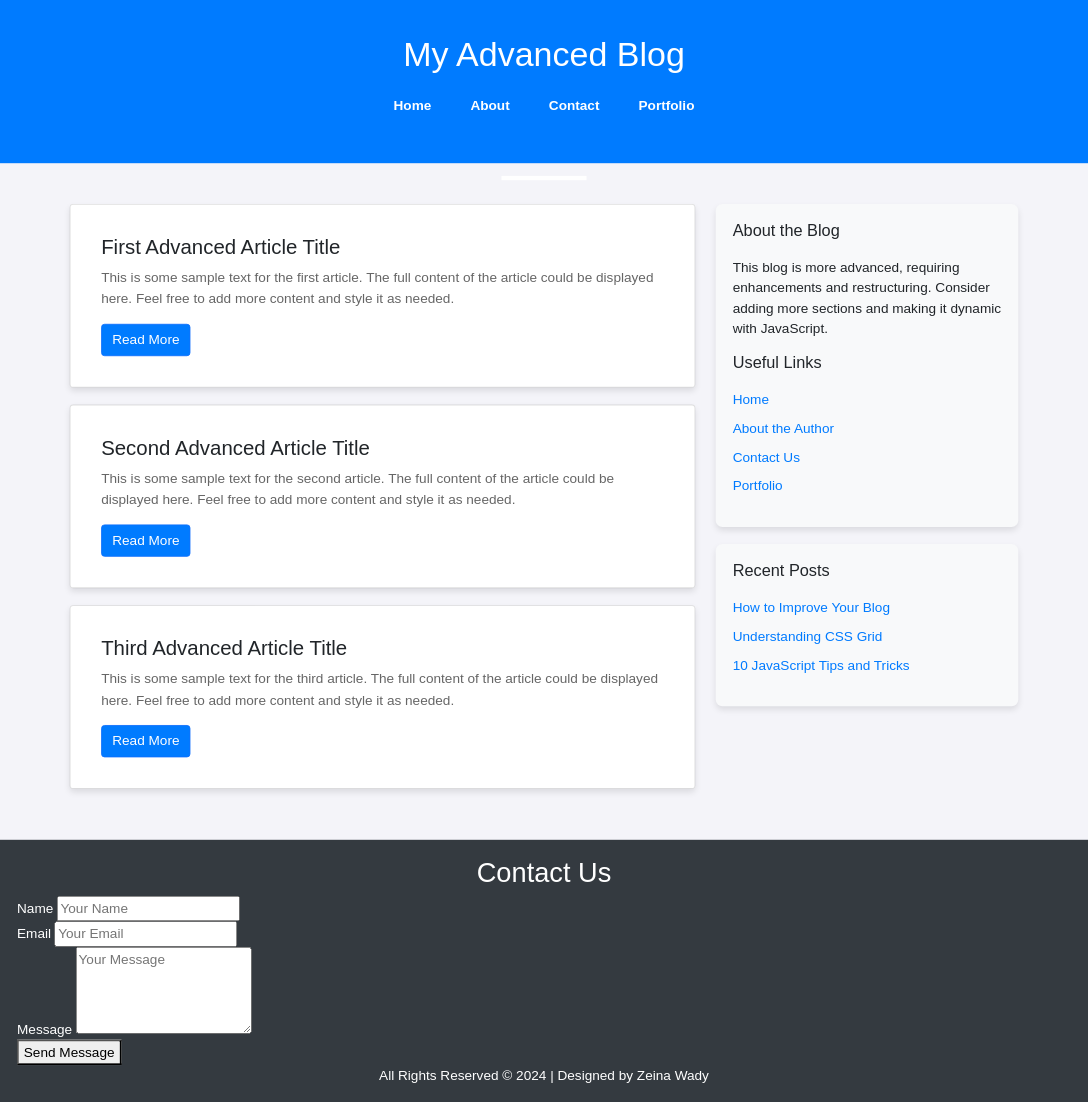
Repository: zeinawady/Blog-Code-Refactoring
Page: index.html
An editor plug-in stored every save of this project. The page is shown before and after the next save, followed by the edit.
The browser window is 1280 px wide. The pictures show the whole page, at 85% of full size.
Some web libraries are served in a nearby version.

Above is the page before, as saved 2024-09-23 16:01:38.

After the next save:
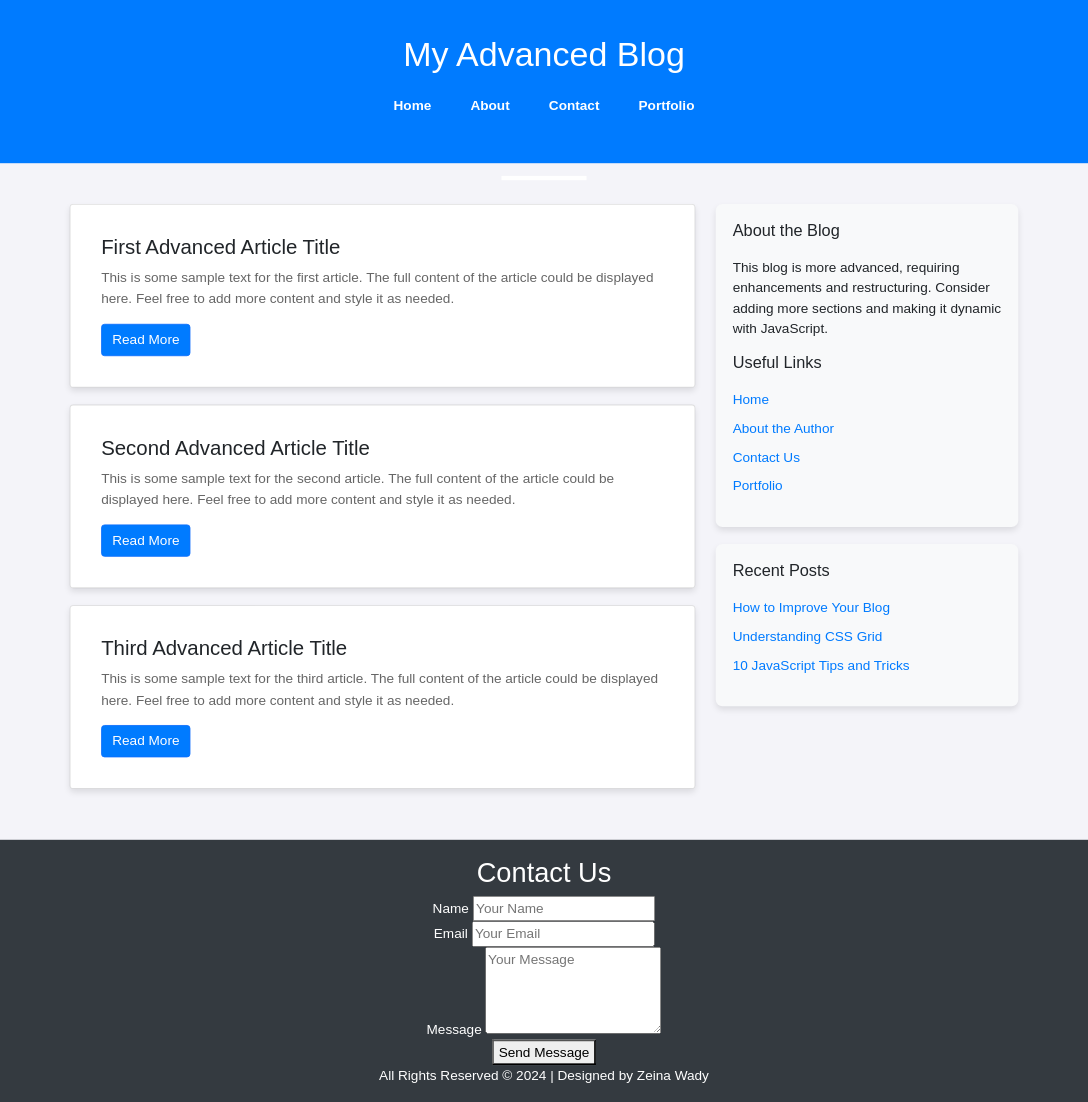
Saved 5 s later.
--- a/index.html
+++ b/index.html
@@ -105,7 +105,7 @@
     </div>
 
     <footer>
-      <div class="footer-content text-white">
+      <div class="footer-content text-white text-center">
         <h2 class="text-center ">Contact Us</h2>
         <form action="#" method="POST" class="contact-form">
           <div class="form-group">
